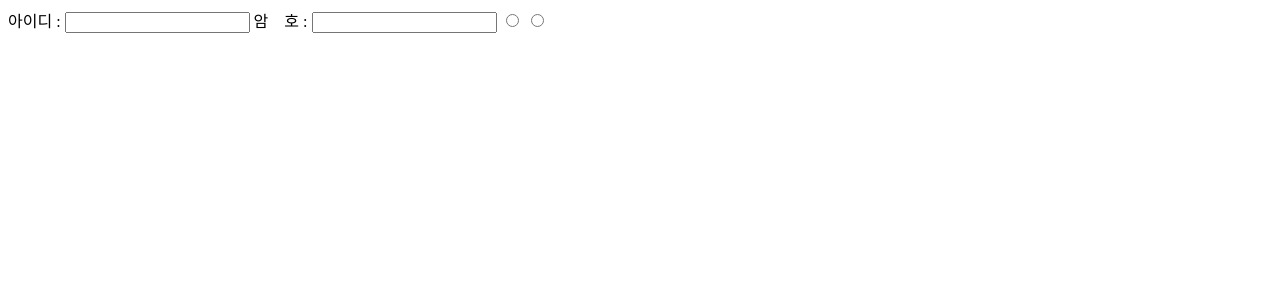
Repository: o3orr/jsp_study
Page: http://localhost/web-study-07/loginForm.jsp
The author's editor kept a copy of each file at every save. The page is drawn from the files as they stood at one save, then again after the next save.
The browser window is 1280 px wide. The pictures show the whole page.
The page is served by Tomcat 9.

Above is the page before, as saved 2024-03-06 01:24:16.

After the next save:
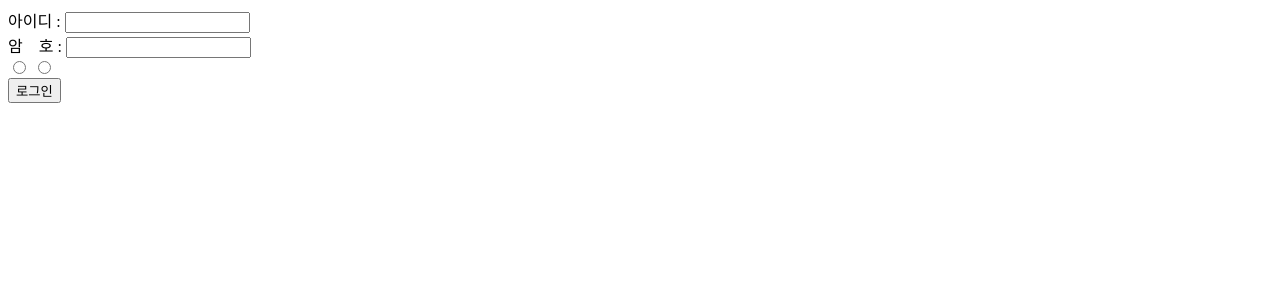
Saved 33 s later.
--- a/web-study-07/src/main/webapp/loginForm.jsp
+++ b/web-study-07/src/main/webapp/loginForm.jsp
@@ -9,13 +9,15 @@
 <body>
 	<form action="loginSelect.jsp" method="post">
 		<label for="id">아이디 : </label>
-		<input type="text" name="id" id="id">
+		<input type="text" name="id" id="id"><br>
 
 		<label for="id">암 &nbsp;&nbsp; 호 : </label>
-		<input type="password" name="pwd" id="pwd">
+		<input type="password" name="pwd" id="pwd"><br>
 
 		<input type="radio" name="admin" id="admin" value="관리자">
-		<input type="radio" name="user" id="user" value="사용자">
+		<input type="radio" name="user" id="user" value="사용자"><br>
+
+		<input type="submit" value="로그인">
 	</form>
 </body>
 </html>
